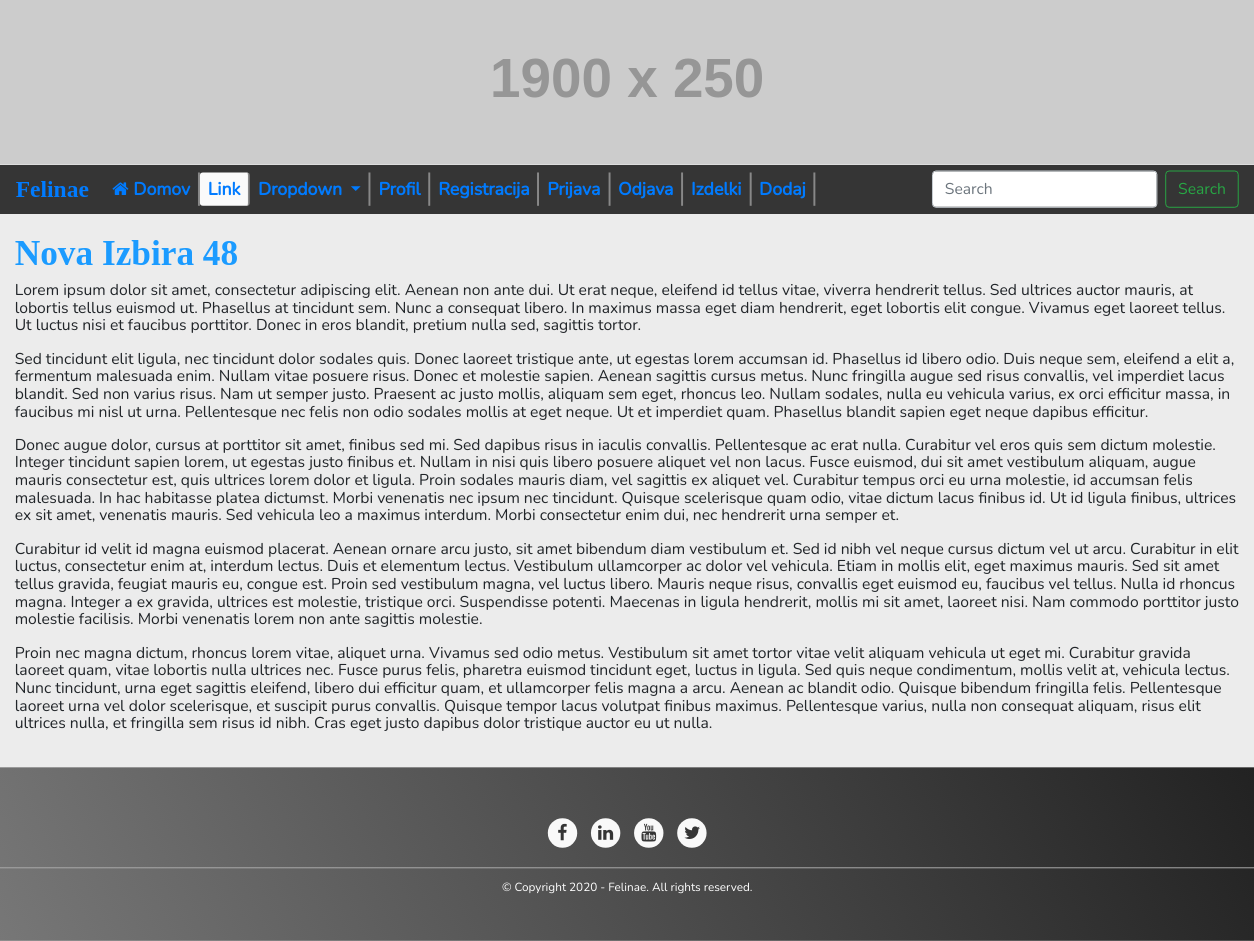
Repository: UrbyK/Felinae
Page: http://localhost/index.php?page=home
These files come from the project's save history. The page is drawn as it stood at one moment and after the next save; the edit follows.
The browser window is 1280 px wide. The pictures show the whole page, at 98% of full size.
Some web fonts or font styles are not loaded; a fallback is used. The page is run by PHP 8.4 with error messages shown; the project is at /var/www/html/.

Above is the page before, as saved 2020-08-30 00:20:50.

### index.php
<?php
    session_start();

    include './functions.php';

    $pdo = pdo_connect_mysql();

    $_GET   = filter_input_array(INPUT_GET, FILTER_SANITIZE_STRING);
    $_POST  = filter_input_array(INPUT_POST, FILTER_SANITIZE_STRING);

    $page = isset($_GET['page']) && file_exists($_GET['page']. '.php') ? $_GET['page'] : 'home';
    include $page . '.php';

    template_footer();

?>

### functions.php
<?php
    include './includes/dbh.inc.php';

    include_once('./includes/search-functions.php');
    include_once('./includes/picture-upload.inc.php');

    function template_header($title){
        include_once('./header.php');
    }

    function template_footer(){
        include_once('./footer.php');
    }


    function countries(){
        $pdo = pdo_connect_mysql();
        $stmt = $pdo->prepare("SELECT * FROM country");
        $stmt->execute();
        $result = $stmt->fetchAll(PDO::FETCH_ASSOC);
        return $result;
    }

    function slugify($string){
        return strtolower(trim(preg_replace('/[^A-Za-z0-9-]+/', '-', $string), '-'));
    }

    function get_image($product_id){
        $pdo = pdo_connect_mysql();
        $stmt = $pdo->prepare("SELECT * FROM product_image WHERE product_id = ?");
        $stmt->execute([$product_id]);
        $result = $stmt->fetchAll(PDO::FETCH_ASSOC);
        return $result;
    }

    function retail_price($product_id){
        $pdo = pdo_connect_mysql();
        $stmt = $pdo->prepare("SELECT * FROM product WHERE ID = ?");
        $stmt->execute([$product_id]);
        $product = $stmt->fetch();

        if($product['startsAt'] <= date('Y-m-d H:i:s') && date('Y-m-d H:i:s') <= $product['endsAt']){
            $retail_price = round($product['price']-($product['price']*($product['discount']/100)), 2);
        }
        else{
            $retail_price = $product['price'];
        }

        return $retail_price;

    }

?>

### includes/dbh.inc.php
<?php
    function pdo_connect_mysql(){
        /* credentials */
        $dbHost = 'localhost';
        $dbUser = 'root';
        $dbPass = '';
        $dbName = 'felinae';

        try{
            return new PDO('mysql:host=' . $dbHost . ';dbname=' . $dbName . ';charset=utf8', $dbUser, $dbPass);
        } catch (PDOException $exception) {
            // If there is an error with the connection, stop the script and display the error.
            die ('Failed to connect to database!'. $exception->getMessage());
        }
    }
?>

### includes/search-functions.php
<?php
    function get_city($pdo, $city, $postalCode, $country_id){

        $query = "SELECT * FROM city WHERE country_id = ? AND lower(city) LIKE lower(?) AND postalCode = ?";
        $stmt = $pdo->prepare($query);
        $stmt->execute([$country_id, $city, $postalCode]);
        return $stmt;
    }
?>

### includes/picture-upload.inc.php
<?php

    function image_upload($product_id, $url, $caption, $i){

        $pdo = pdo_connect_mysql();
        $target_dir = "./uploads/";
        $relative_dir = "./uploads/";

        $change_name = date("Y-m-d-h-i-s")."-".$product_id."-".basename($url);
        $change_name;
        $target_file = $target_dir . $change_name;
        $relative_file = $relative_dir . $change_name;

        $uploadOk = 1;
        $imageFileType = strtolower(pathinfo($target_file,PATHINFO_EXTENSION));

        if(isset($_POST["submit"])) {
            $check = getimagesize($_FILES["image"]["tmp_name"][$i]);
            if($check !== false) {
                //echo "File is an image - " . $check["mime"] . ".";
                $uploadOk = 1;
            } else {
                //echo "File is not an image.";
                $uploadOk = 0;
            }
        }

        if($imageFileType != "jpg" && $imageFileType != "png" && $imageFileType != "jpeg"
        && $imageFileType != "gif" ) {
            $uploadOk = 0;
        }

        if ($uploadOk == 1) {
            if (move_uploaded_file($_FILES["image"]["tmp_name"][$i], $target_file)) {
                //vse je ok, zapišem še v bazo
                $query = "INSERT INTO product_image(product_id, image, caption) VALUES (?,?,?)";
                $stmt = $pdo->prepare($query);
                $stmt->execute([$product_id, $relative_file, $caption]);
            }
        }
    }

?>

### home.php
<?=template_header('Home')?>
<div class="row">
    <h1>Nova Izbira 48</h1>
    <p>
    Lorem ipsum dolor sit amet, consectetur adipiscing elit. Aenean non ante dui. Ut erat neque, eleifend id tellus vitae, viverra hendrerit tellus. Sed ultrices auctor mauris, at lobortis tellus euismod ut. Phasellus at tincidunt sem. Nunc a consequat libero. In maximus massa eget diam hendrerit, eget lobortis elit congue. Vivamus eget laoreet tellus. Ut luctus nisi et faucibus porttitor. Donec in eros blandit, pretium nulla sed, sagittis tortor.
    </p>
    <p>
    Sed tincidunt elit ligula, nec tincidunt dolor sodales quis. Donec laoreet tristique ante, ut egestas lorem accumsan id. Phasellus id libero odio. Duis neque sem, eleifend a elit a, fermentum malesuada enim. Nullam vitae posuere risus. Donec et molestie sapien. Aenean sagittis cursus metus. Nunc fringilla augue sed risus convallis, vel imperdiet lacus blandit. Sed non varius risus. Nam ut semper justo. Praesent ac justo mollis, aliquam sem eget, rhoncus leo. Nullam sodales, nulla eu vehicula varius, ex orci efficitur massa, in faucibus mi nisl ut urna. Pellentesque nec felis non odio sodales mollis at eget neque. Ut et imperdiet quam. Phasellus blandit sapien eget neque dapibus efficitur.
    </p>
    <p>
    Donec augue dolor, cursus at porttitor sit amet, finibus sed mi. Sed dapibus risus in iaculis convallis. Pellentesque ac erat nulla. Curabitur vel eros quis sem dictum molestie. Integer tincidunt sapien lorem, ut egestas justo finibus et. Nullam in nisi quis libero posuere aliquet vel non lacus. Fusce euismod, dui sit amet vestibulum aliquam, augue mauris consectetur est, quis ultrices lorem dolor et ligula. Proin sodales mauris diam, vel sagittis ex aliquet vel. Curabitur tempus orci eu urna molestie, id accumsan felis malesuada. In hac habitasse platea dictumst. Morbi venenatis nec ipsum nec tincidunt. Quisque scelerisque quam odio, vitae dictum lacus finibus id. Ut id ligula finibus, ultrices ex sit amet, venenatis mauris. Sed vehicula leo a maximus interdum. Morbi consectetur enim dui, nec hendrerit urna semper et.
    </p>
    <p>
    Curabitur id velit id magna euismod placerat. Aenean ornare arcu justo, sit amet bibendum diam vestibulum et. Sed id nibh vel neque cursus dictum vel ut arcu. Curabitur in elit luctus, consectetur enim at, interdum lectus. Duis et elementum lectus. Vestibulum ullamcorper ac dolor vel vehicula. Etiam in mollis elit, eget maximus mauris. Sed sit amet tellus gravida, feugiat mauris eu, congue est. Proin sed vestibulum magna, vel luctus libero. Mauris neque risus, convallis eget euismod eu, faucibus vel tellus. Nulla id rhoncus magna. Integer a ex gravida, ultrices est molestie, tristique orci. Suspendisse potenti. Maecenas in ligula hendrerit, mollis mi sit amet, laoreet nisi. Nam commodo porttitor justo molestie facilisis. Morbi venenatis lorem non ante sagittis molestie.
    </p>
    <p>
    Proin nec magna dictum, rhoncus lorem vitae, aliquet urna. Vivamus sed odio metus. Vestibulum sit amet tortor vitae velit aliquam vehicula ut eget mi. Curabitur gravida laoreet quam, vitae lobortis nulla ultrices nec. Fusce purus felis, pharetra euismod tincidunt eget, luctus in ligula. Sed quis neque condimentum, mollis velit at, vehicula lectus. Nunc tincidunt, urna eget sagittis eleifend, libero dui efficitur quam, et ullamcorper felis magna a arcu. Aenean ac blandit odio. Quisque bibendum fringilla felis. Pellentesque laoreet urna vel dolor scelerisque, et suscipit purus convallis. Quisque tempor lacus volutpat finibus maximus. Pellentesque varius, nulla non consequat aliquam, risus elit ultrices nulla, et fringilla sem risus id nibh. Cras eget justo dapibus dolor tristique auctor eu ut nulla.
    </p>
</div>

<?=template_footer()?>

### footer.php
    </div><!-- class="container-fluid" --->

        <footer class="page-footer font-small flow-footer" id="footer" role="contentinfo">
            <div class="footer-wrapper">
                <div class="container container-footer">
                    <div class="row text-center">
                        <div class="col-12">
                            <ul class="social-network social-circle">
                                <li><a href="https://www.facebook.com" target="_blank" class="icoFacebook" title="Facebook"><i class="fa fa-facebook-f"></i></a></li>
                                <li><a href="https://www.linkedin.com" target="_blank" class="icoLinkedin" title="Linkedin"><i class="fa fa-linkedin"></i></a></li>
                                <li><a href="https://www.youtube.com" target="_blank" class="icoYoutube" title="Youtube"><i class="fa fa-youtube"></i></a></li>
                                <li><a href="https://twitter.com" target="_blank" class="icoTwitter" title="Twitter"><i class="fa fa-twitter"></i></a></li>
                            </ul>
                            </div>
                        </div>
                    </div>
                    <div class="row">
                        <div class="col-12 copy">
                            <p class="text-center">&copy; Copyright 2020 - Felinae.  All rights reserved.</p>
                        </div>
                    </div>
                </div>
            </div>
        </footer>





    </body>
</html>

### css/style.css
@import url('http://fonts.googleapis.com/css?family=Oxygen+Mono');
@import url('https://fonts.googleapis.com/css?family=Damion|Neucha|Pacifico|Yellowtail&display=swap');
@import url('https://fonts.googleapis.com/css2?family=Crimson+Text&family=Nunito&family=Overlock&family=Source+Sans+Pro&display=swap');
@import url('https://fonts.googleapis.com/css2?family=Love+Ya+Like+A+Sister&display=swap');

*{
    text-decoration: none;
    list-style: none;
}
html, body{
  margin: 0;
  height: 100%;
}

body{
    padding: 0;
    margin: 0 auto;
    font-size: 16px;
    line-height: 1.125em;
    font-family: 'Nunito', 'Source Sans Pro', sans-serif;
    background-color: #ececec;
    display: flex;
    flex-direction: column;
}

h1, h2, h3, h4, h5, h6{
    font-family: 'Overlock', 'Crimson Text', cursive, serif;
    color: #1b9bff;
    font-weight: 550;
    line-height: 1.125em;
}

h1{
    font-size: 36px;
}
h2{
    font-size: 32px;
}
h3{
    font-size: 28px;
}
h4{
    font-size: 24px;
}
h5{
    font-size: 20px;
}
h6{
    font-size: 16px;
}


/* BANNER */

@media all and (max-width: 800px){
  .banner{
     display: none;
  }
}

.banner img{
    width: 100%;
    height: auto;
}

/*NAVBAR*/
.navbar{
    background-color: rgb(53,53,53);
    font-size: 18px;
    font-weight: 600;
    max-height: 50px;
}

.navbar-brand{
    font-size: 24px;
    font-family: 'Love Ya Like A Sister','Overlock';
    font-weight: 800;

}

.custom-toggler .navbar-toggler-icon {
    background-image: url("data:[embedded picture, 239 characters]");
  }

  .custom-toggler, .navbar-toggler {
    border-color: rgb(27, 155, 255);
    border-width: 2px;
  }

  .active{
    background-color: #FAFAFA;
    border-radius: 3px;
  }
.navbar-nav .nav-item{
    border-right: 2px solid #888;
}

/*=======FOOTER=========*/
footer {
  background: #535355;
  background: -webkit-linear-gradient(63deg, #777777, #222222);
  background: linear-gradient(63deg, #777777, #222222);
  color: white;
  height: auto;
  width: 100%;
  margin-top: auto;
}

footer a {
  color: #fefefe;
  font-size: 14px;
  transition-duration: 0.2s;
}

footer a:hover {
  color: #1b9bff;
  text-decoration: none;
}

.copy {
  font-size: 12px;
  padding: 10px;
  border-top: 1px solid #aaa;
}

.footer-wrapper {
  padding-top: 2em;
  color: white;
}


/*social icons*/

ul.social-network {
  list-style: none;
  display: inline;
  margin-left: 0 !important;
  padding: 0;
}

ul.social-network li {
  display: inline;
  margin: 0 5px;
}


/* footer social icons */

.social-network a.icoFacebook:hover {
  background-color: #3B5998;
}

.social-network a.icoLinkedin:hover {
  background-color: #007bb7;
}

.social-network a.icoYoutube:hover {
    background-color: #FF0000;
}

.social-network a.icoTwitter:hover {
    background-color: #00aced;
}

.social-network a.icoFacebook:hover i,
.social-network a.icoLinkedin:hover i,
.social-network a.icoYoutube:hover i,
.social-network a.icoTwitter:hover i{
  color: #fff;
}

.social-network a.socialIcon:hover,
.socialHoverClass {
  color: #44BCDD;
}

.social-circle li a {
  display: inline-block;
  position: relative;
  margin: 0 auto 0 auto;
  -moz-border-radius: 50%;
  -webkit-border-radius: 50%;
  border-radius: 50%;
  text-align: center;
  width: 30px;
  height: 30px;
  font-size: 18px;
  color: #353535;
}

.social-circle li i {
  margin: 0;
  line-height: 30px;
  text-align: center;
}

.social-circle li a:hover {
  -moz-transform: rotate(360deg);
  -webkit-transform: rotate(360deg);
  -ms--transform: rotate(360deg);
  transform: rotate(360deg);
  -webkit-transition: all 0.6s;
  -moz-transition: all 0.6s;
  -o-transition: all 0.6s;
  -ms-transition: all 0.6s;
  transition: all 0.6s;
  color: #fff;
}

.social-circle i {
  color: #353535;
  -webkit-transition: all 0.8s;
  -moz-transition: all 0.8s;
  -o-transition: all 0.8s;
  -ms-transition: all 0.8s;
  transition: all 0.8s;
}
/* backgounf of icons when displayed */
.social-network a {
  background-color: #f9f9f9;
}


/*REGISTER/LOGIN FORM*/

.my-form .hint{
    font-size: 10px;
}

/*======PRODUCT ADD======*/
.form-group .col #charNum{
  float: right;
}

/*======== HOVERBOX ==============*/
/* displays text when you hover over the image */
.hvrbox,
.hvrbox * {
  box-sizing: border-box;
}

.hvrbox {
  position: relative;
  display: inline-block;
  overflow: hidden;

  height: 100%;
  width: auto;
  margin-top: 5%;
  padding-bottom: 10px;

  border-bottom: 1px dashed #aaa;
}

.hvrbox img {
  max-width: 100%;
  margin: auto;
}

.hvrbox .hvrbox-layer_bottom {
  display: block;
}

.hvrbox .hvrbox-layer_top {
  opacity: 0;
  position: absolute;
  top: 0;
  left: 0;
  right: 0;
  bottom: 0;
  width: 100%;
  height: 100%;
  background: rgba(0, 0, 0, 0.6);
  color: #fff;
  padding: 15px;
  -moz-transition: all 0.5s ease-in-out 0s;
  -webkit-transition: all 0.5s ease-in-out 0s;
  -ms-transition: all 0.5s ease-in-out 0s;
  transition: all 0.5s ease-in-out 0s;
}

.hvrbox:hover .hvrbox-layer_top,
.hvrbox.active .hvrbox-layer_top {
  opacity: 1;
  height: 100%;
}

.hvrbox .hvrbox-text {
  text-align: center;
  font-size: 17px;
  display: inline-block;
  position: absolute;
  top: 50%;
  left: 50%;
  -moz-transform: translate(-50%, -50%);
  -webkit-transform: translate(-50%, -50%);
  -ms-transform: translate(-50%, -50%);
  transform: translate(-50%, -50%);
}

.hvrbox .hvrbox-text_mobile {
  font-size: 15px;
  border-top: 1px solid rgb(179, 179, 179); /* for old browsers */
  border-top: 1px solid rgba(179, 179, 179, 0.7);
  margin-top: 5px;
  padding-top: 2px;
  display: none;
}

.hvrbox.active .hvrbox-text_mobile {
  display: block;
}

.hvrbox .hvrbox-layer_slideup {
  -moz-transform: translateY(100%);
  -webkit-transform: translateY(100%);
  -ms-transform: translateY(100%);
  transform: translateY(100%);
}

.hvrbox:hover .hvrbox-layer_slideup,
.hvrbox.active .hvrbox-layer_slideup {
  -moz-transform: translateY(0);
  -webkit-transform: translateY(0);
  -ms-transform: translateY(0);
  transform: translateY(0);
}

.hvrbox:hover .price{
  color: #fff;
  -moz-transition: color 0.8s ease 0s;
  -webkit-transition: color 0.8s ease 0s;
  -ms-transition: color 0.8s ease 0s;
  transition: color 0.8s ease 0s;
}

/*========PRODUCTS=========*/
.card-btn form input{
  max-width: 250px;
  width: 100%;
}

form input[type="number"] {
  width: 100%;
	padding: 10px;
	margin-bottom: 15px;
	border: 1px solid #aaa;
	color: #555555;
  border-radius: 5px;
  -moz-appearance: textfield;
}

form input[type="submit"] {
	background-color: #1b9bff;;
	border: 0;
	color: #FFFFFF;
	width: 100%;
	padding: 12px 0;
	text-transform: uppercase;
	font-size: 14px;
	font-weight: bold;
	border-radius: 5px;
  cursor: pointer;

}

form input[type="submit"]:hover {
	background-color: #1a5f94;;
}


.product-item {
  background-color: #fff;
  border: 1px solid black;
}

.product-name{
  font-size: 16px;
  /*padding-top: 15px;*/
  font-weight: bold;
  color: #1b9bff;
  font-family: 'Franklin Gothic Medium', 'Arial Narrow', Arial, sans-serif;
}

.product-name:hover{
color: #1a5f94;
}



/* THUMBNAIL FOR IMAGE PREVIEW ON PRODUCTS*/
.img-thumbnail{
  max-height: 100%;
  height: auto;
  width: auto;
}

.row{
  margin: 20px auto;
}


/* CARD */
.products-preview{
  max-height: 450px;
}

.products-preview-body{
  height: 200px;

}

.products-preview-body ul{
  list-style: none;
  padding: 0;
}
/*
.products-preview-body span {
  position: relative;
  display: block;
}*/

/*==products prices==*/
.card-btn{
  margin: 20px auto;
}

.price{
  font-weight: bold;
  font-size: 20px;
  color: #3f3f3f;
  }

.old-price{
  font-size: 20px;
  margin: 0 5px;
  font-weight: normal;
  color: #777;
}

.discount{
  font-size: 18px;
  color: #eee;
  font-weight: 900;
  border: 2px solid #009900;
  border-radius: 50%;
  background-color: #009900;
  margin: 3px;
  padding: 5px;
  float: right;
  text-decoration: none;
}

del, .old-price{
  text-decoration: line-through;
}

input[type=submit]:disabled{
  background-color: #346081;
}

.product-picture{
  display: flex;
  align-items: center;
  justify-content: center;
}

.product-picture img{
  align-items: center;
  justify-content: center;
  max-width: 100%;
  margin: auto;
  border: 2px solid #aaa;
  max-height: 650px;
  /*border-radius: 50px;*/
}



.product-info{
  margin: auto 0;
  padding-right: 5%;
  padding-bottom: 55px;
  background-color: #efefef;
}

.product-info h1 {
	font-size: 34px;
	font-weight: normal;
	margin: 0;
  padding: 20px 0 10px 0;
  color: #1b9bff;
  font-family:  'Franklin Gothic Medium', 'Arial Narrow', Arial, sans-serif;
}

.product-info .price {
	display: block;
	font-size: 22px;
}

.product-info form {
	display: flex;
	flex-flow: column;
  margin: 40px 0;
}

.product-info form input,
.card-btn form input{
  max-width: 250px;
  width: 100%;
}

.product-info form input[type="number"],
.card-btn form input[type="number"],
.cart form input[type="number"] {
  width: 100%;
	padding: 10px;
	margin-bottom: 15px;
	border: 1px solid #aaa;
	color: #555555;
  border-radius: 5px;
  -moz-appearance: textfield;
}

.product-info form input[type="submit"],
.card-btn form input[type="submit"] {
	background-color: #1b9bff;;
	border: 0;
	color: #FFFFFF;
	width: 100%;
	padding: 12px 0;
	text-transform: uppercase;
	font-size: 14px;
	font-weight: bold;
	border-radius: 5px;
  cursor: pointer;

}
.product-info form input[type="submit"]:hover,
.card-btn form input[type="submit"]:hover {
	background-color: #1a5f94;;
}
/*
.product-price .old-price{
  float: left;
}
*/
li .discount{
  float: none;
  text-decoration: none !important;
}

.product-price .retail-price{
  font-size: 38px;
  margin-top: 24px;
}

/*===CAROUSEL===*/
.carousel-control:hover{
  background-color: rgba(51, 51, 51, 0.5);
}

.carousel-inner {
  margin: auto 0;
}

.sales-date{
  margin-bottom: 10px;
  font-size: 18px;
  color: #009900;
}

.whitespace{
  white-space: pre-wrap;
}

.products-preview{
  margin: 5px auto;
}

.measurements{
  white-space: nowrap;
}

.measurements li{
  display: inline;
}


/*======FOOTER======*/

Loaded but not shown: js/active-menu.js (12 lines, source omitted); header.php (93 lines, source omitted)

After the next save:
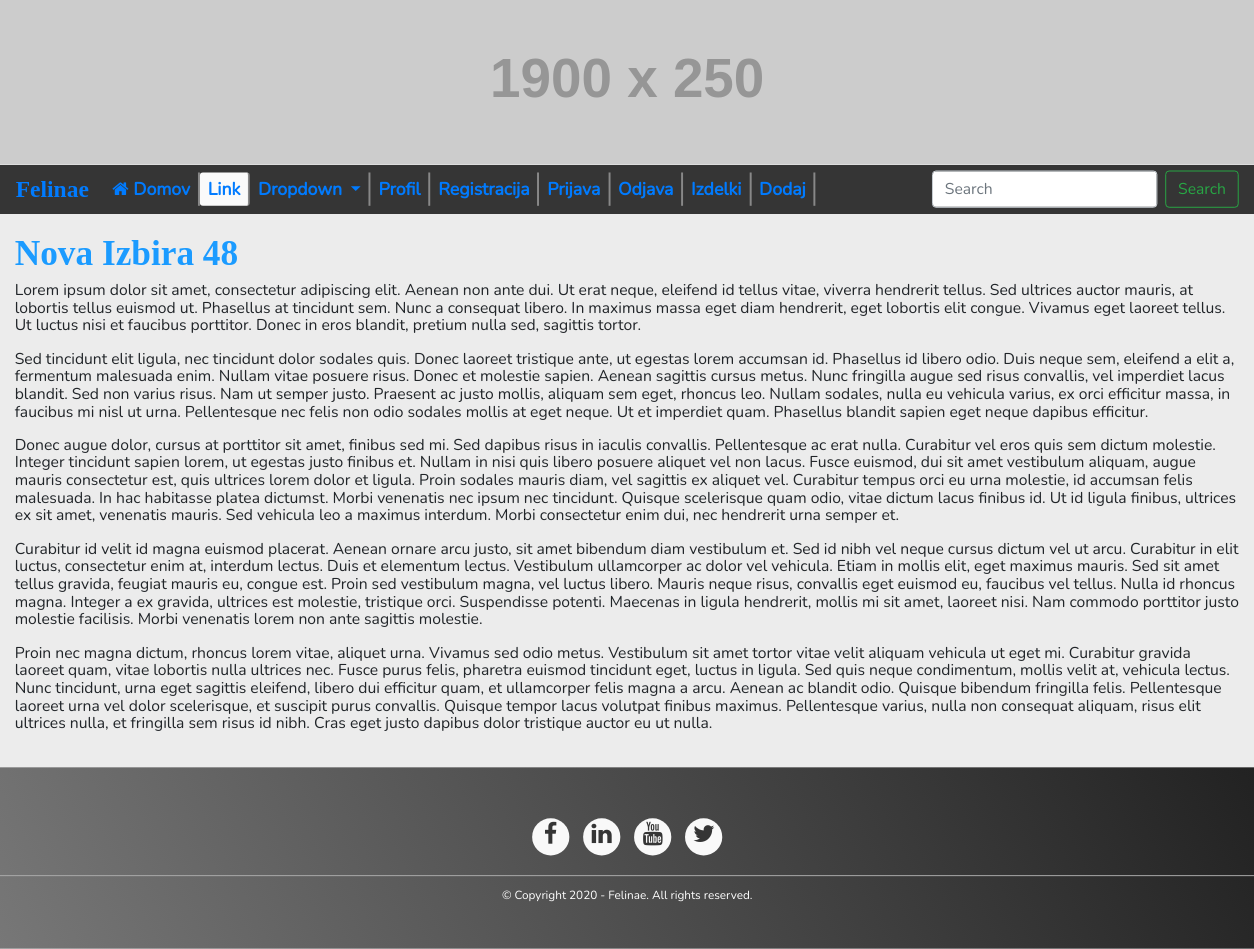
Saved 13 min 54 s later.
--- a/css/style.css
+++ b/css/style.css
@@ -182,9 +182,9 @@ ul.social-network li {
   -webkit-border-radius: 50%;
   border-radius: 50%;
   text-align: center;
-  width: 30px;
-  height: 30px;
-  font-size: 18px;
+  width: 38px;
+  height: 38px;
+  font-size: 24px;
   color: #353535;
 }
 
